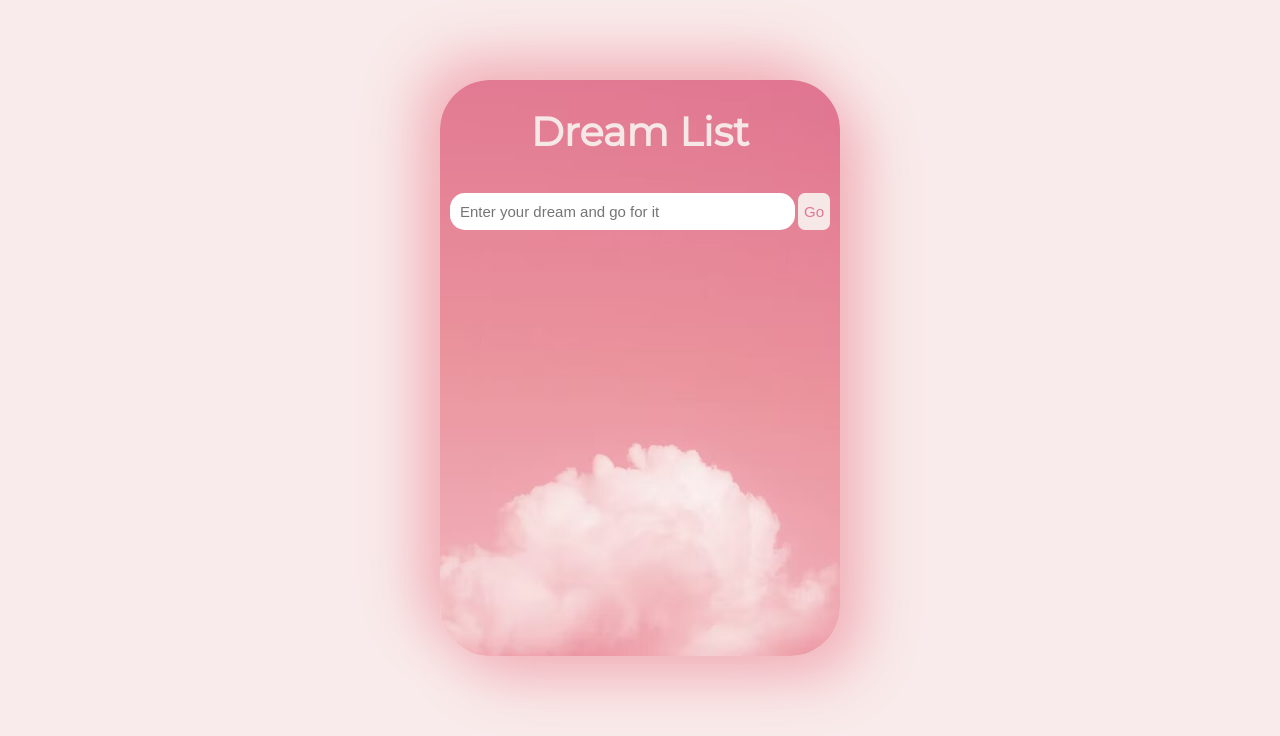
Repository: asya-aisa/grocery-list
Page: /
These files come from the project's save history. The page is drawn as it stood at one moment and after the next save; the edit follows.
The browser window is 1280 px wide. The pictures show the whole page.
The project was rebuilt for these pictures with package versions that can differ from the ones it lists, and the page was loaded fresh each time.

Above is the page before, as saved 2023-07-14 16:28:57.

### public/index.html
<!DOCTYPE html>
<html lang="en">
  <head>
    <meta charset="utf-8" />
    <link rel="icon" href="%PUBLIC_URL%/favicon.ico" />
    <meta name="viewport" content="width=device-width, initial-scale=1" />
    <meta name="theme-color" content="#000000" />
    <meta
      name="description"
      content="Web site created using create-react-app"
    />
    <link rel="apple-touch-icon" href="%PUBLIC_URL%/logo192.png" />
    <!--
      manifest.json provides metadata used when your web app is installed on a
      user's mobile device or desktop. See https://developers.google.com/web/fundamentals/web-app-manifest/
    -->
    <link rel="manifest" href="%PUBLIC_URL%/manifest.json" />
    <link rel="preconnect" href="https://fonts.googleapis.com">
    <link rel="preconnect" href="https://fonts.gstatic.com" crossorigin>
    <link href="https://fonts.googleapis.com/css2?family=Montserrat:ital@0;1&display=swap" rel="stylesheet">
    <!--
      Notice the use of %PUBLIC_URL% in the tags above.
      It will be replaced with the URL of the `public` folder during the build.
      Only files inside the `public` folder can be referenced from the HTML.

      Unlike "/favicon.ico" or "favicon.ico", "%PUBLIC_URL%/favicon.ico" will
      work correctly both with client-side routing and a non-root public URL.
      Learn how to configure a non-root public URL by running `npm run build`.
    -->
    <title>React App</title>
  </head>
  <body>
    <noscript>You need to enable JavaScript to run this app.</noscript>
    <div id="root"></div>
    <!--
      This HTML file is a template.
      If you open it directly in the browser, you will see an empty page.

      You can add webfonts, meta tags, or analytics to this file.
      The build step will place the bundled scripts into the <body> tag.

      To begin the development, run `npm start` or `yarn start`.
      To create a production bundle, use `npm run build` or `yarn build`.
    -->
  </body>
</html>

### src/App.js

import './App.css';
import { DreamList } from './DreamList';

function App() {
  return (
    <div className="App">
      <div className='container'>
        <h1>Dream List</h1>
      </div>
      <DreamList />
    </div>
  );
}

export default App;

### src/App.css
.App {
  background-image: url(fon-img.jpg);
  background-position: center;
  background-size: cover;
  background-repeat: no-repeat;
  width: 400px;
  min-height: 80vh;
  margin: 80px auto;
  border-radius: 50px;
  box-shadow:  20px 20px 60px #f1b0b8,
             -20px -20px 60px #f1b0b8;
}
body {
  background-color: #f9ebeb;
}
.container {
  display: flex;
  justify-content: center;
}
h1 {
  color:#f6e8e7;
  font-size: 40px;
  font-family: 'Montserrat', sans-serif;
}

input {
  flex: 1;
  padding: 10px;
  font-size: 15px;
  border: none;
  border-radius: 15px;
  outline: none;
  color: #e17692;
}

.container-input {
  display: flex;
  justify-content: center;
  margin: 10px;
}

.btn-add {
  border: none;
  font-size: 15px;
  border-radius: 7px;
  background-color: #f6e8e7;
  color: #e17692;
  margin-left: 3px;
}

### src/DreamList.js
import { Component } from "react";

export class DreamList extends Component {

    state = {
        inputDream: '',
        dreamList: []
    }

    upDateInput(e) {
        this.setState({
            inputDream: e
        })
    }
    AddDream(input) {
        let dreamArray = this.state.dreamList;
        dreamArray.push(input);
        this.setState({dreamList: dreamArray, inputDream: ''})
    }

    DeleteItem(number) {
        let dreamArray = this.state.dreamList;
        dreamArray.splice(number,1);
        this.setState({dreamList: dreamArray})
    }





    render() {
        return <div>
            <div className="container-input">
              <input type="text" placeholder="Enter your dream and go for it"
              onChange={(e) => {this.upDateInput(e.target.value)}}
              value={this.state.inputDream}/>

              <button className="btn-add" onClick={() => this.AddDream(this.state.inputDream)}>Go</button>
            </div>


            <ul>
                {this.state.dreamList.map((item, index) => (
                    <li key={index}>
                        {item}
                        <button>Done</button>
                        <button onClick={() => this.DeleteItem(index)}>Delete</button>
                    </li>
                ))}
            </ul>
        </div>
    }
}

Loaded but not shown: src/index.js (common file); src/reportWebVitals.js (common file)

After the next save:
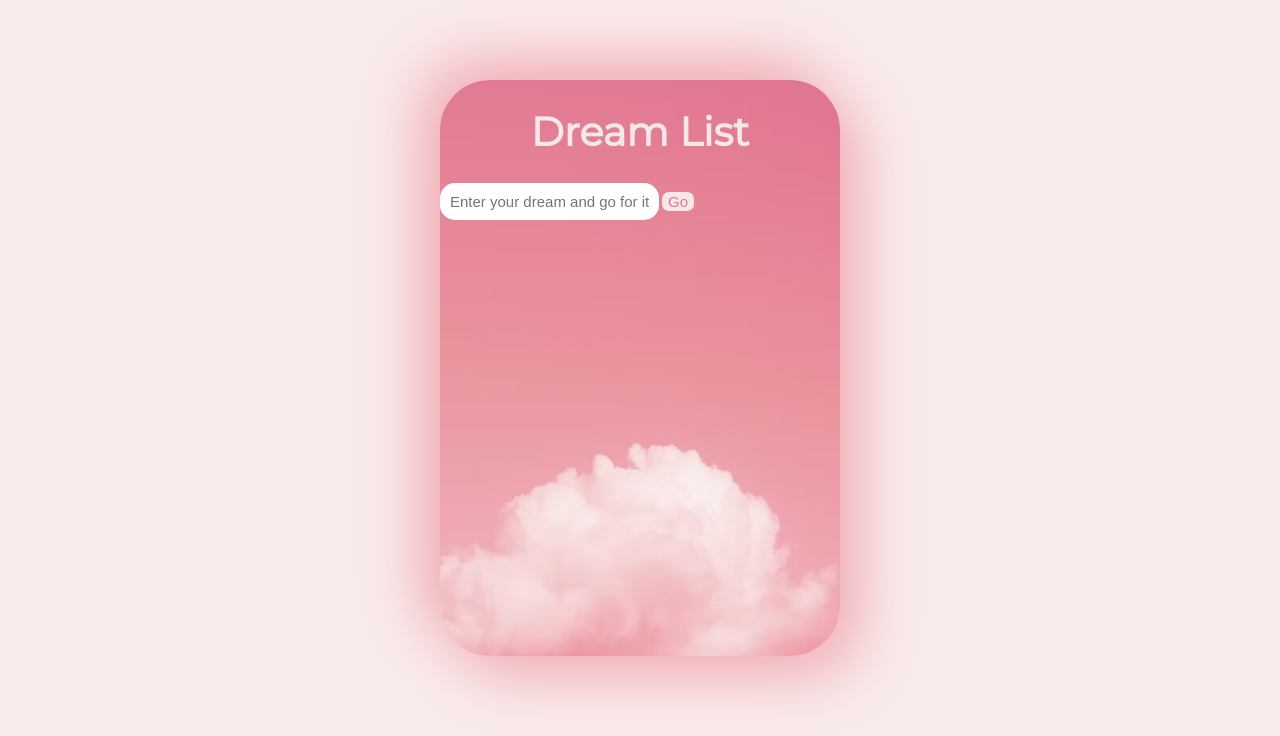
Saved 17 s later.
--- a/src/App.css
+++ b/src/App.css
@@ -32,6 +32,7 @@
   outline: none;
   color: #e17692;
 }
+pla
 
 .container-input {
   display: flex;

After the 2 saves that followed:
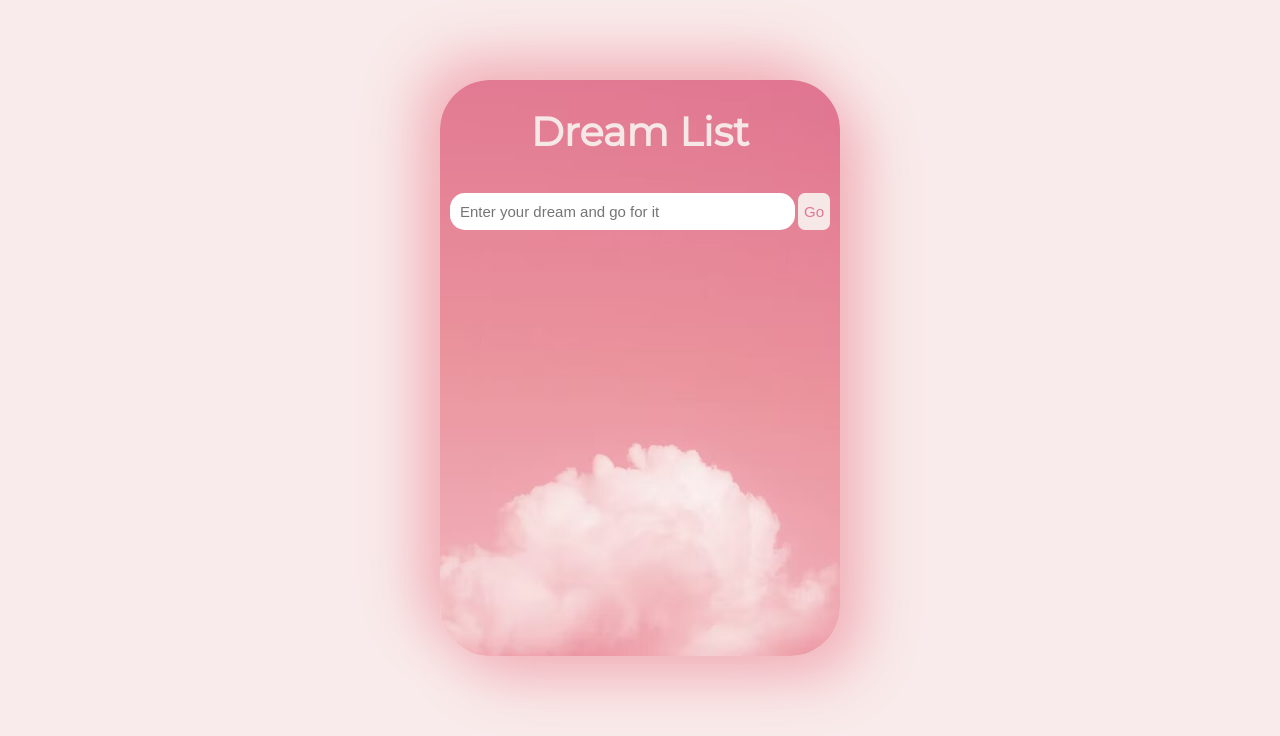
The 2 saves are shown as one change because they came seconds apart.
The last was saved 10 s later.
--- a/src/App.css
+++ b/src/App.css
@@ -32,7 +32,9 @@
   outline: none;
   color: #e17692;
 }
-pla
+:placeholder-color {
+
+}
 
 .container-input {
   display: flex;
